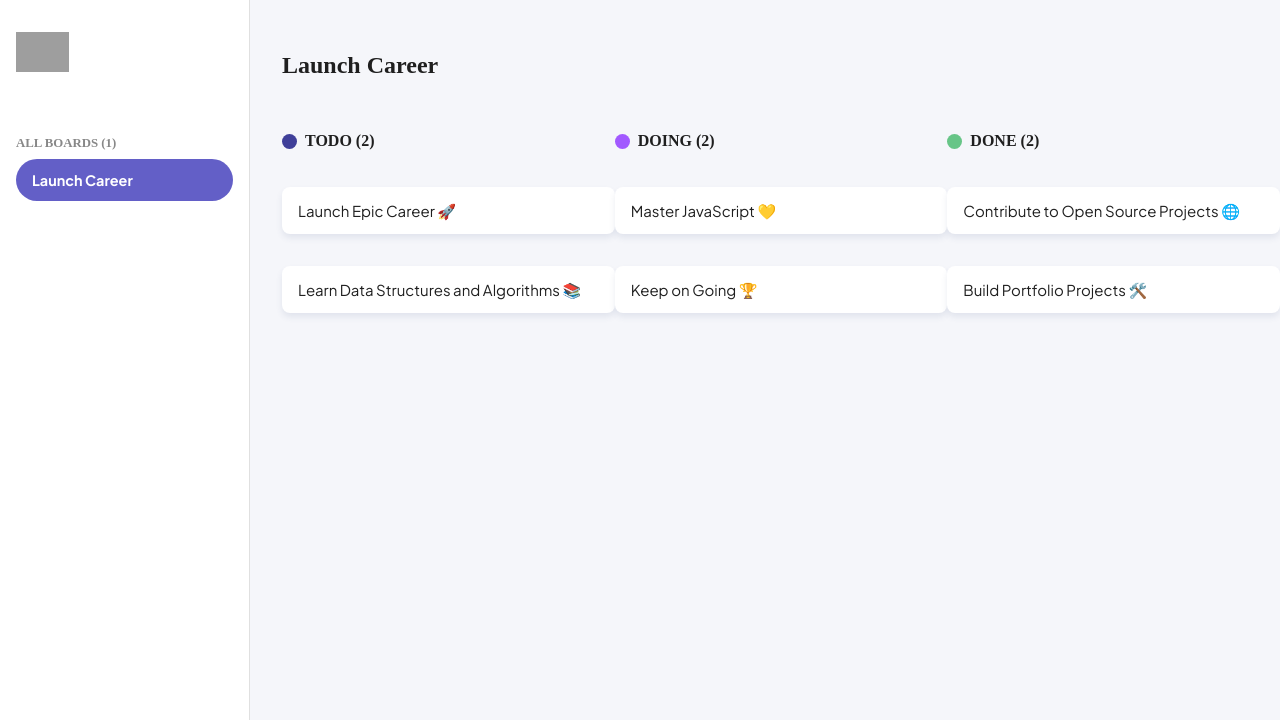
Repository: andajonas/ANDJON25111_fto2502_A2_Anda_Jonas_JSL01
Page: index.html
An editor plug-in stored every save of this project. The page is shown before and after a run of saves, followed by the edit.
The browser window is 1280 px wide. The pictures show the whole page.
Pictures or frames that could not be fetched are drawn as grey boxes.

Above is the page before, as saved 2025-04-25 18:30:04.

### index.html
<html lang="en">
  <head>
    <meta charset="UTF-8" />
    <meta name="viewport" content="width=device-width, initial-scale=1.0" />
    <title>Kanban Board</title>
    <link rel="stylesheet" href="style.css"/>
  </head>

  <body>
    <div class="kanban-container">
      <!-- Sidebar -->
      <nav class="sidebar">
        <div class="logo">
      <img src="assets/logo-light.svg" alt="Kanban logo">
        </div>
        <div class="board-list">
          <h4>ALL BOARDS (1)</h4>
          <button class="board-btn">Launch Career</button>
        </div>
      </nav>

      <!-- Main Board Section -->
      <div class="main-board">
        <header class="board-header">
          <h2 class="board-title">Launch Career</h2>
          <div class="=divider"></div>
        </header>

        <main class="columns">
          <!-- TO DO Column -->
          <div class="column">
            <div class="column-header">
              <span class="dot todo"></span>
              <h4>TODO (2)</h4>
            </div>
            <div class="card-container">
              <div class="card">Launch Epic Career 🚀</div>
              <div class="card">Learn Data Structures and Algorithms 📚</div>
            </div>
          </div>

          <!-- DOING Column -->
          <div class="column">
            <div class="column-header">
              <span class="dot doing"></span>
              <h4>DOING (2)</h4>
            </div>
            <div class="card-container">
              <div class="card">Master JavaScript 💛</div>
              <div class="card">Keep on Going 🏆</div>
            </div>
          </div>

          <!-- DONE Column -->
          <div class="column">
            <div class="column-header">
              <span class="dot done"></span>
              <h4>DONE (2)</h4>
            </div>
            <div class="card-container">
              <div class="card">Contribute to Open Source Projects 🌐</div>
              <div class="card">Build Portfolio Projects 🛠️</div>
            </div>
          </div>
        </main>
      </div>
    </div>
  </body>
</html>

### style.css
@import url('https://fonts.googleapis.com/css2?family=Plus+Jakarta+Sans:wght@400;700&display=swap');
/* Base Styles */
body {
    margin: 0;
    font-family: "inter" sans-serif;
    background-color: #f5f6fa;
    color: #1f1f1f;
  }

  .kanban-container {
    display: grid;
    grid-template-columns: 250px 1fr;
    height: 100vh;
  }

  /* Sidebar */
  .sidebar {
    background-color: white;
    padding: 2rem 1rem;
    border-right: 1px solid #e0e0e0;
  }

  .logo img {
    height: 40px;
    margin-bottom: 2rem;
  }

  .board-list h4 {
    font-size: 0.8rem;
    font-weight: 600;
    color: #888;
    margin: 2rem 0 0.5rem;
  }

  .board-btn {
    background-color: #635FC7;
    color: white !important;
    border: none;
    padding: 0.75rem 1rem;
    font-weight: 600;
    border-radius: 24px;
    cursor: pointer;
    text-align: left;
    width: 100%;
    font-family: 'Plus Jakarta Sans', sans-serif;
    font-size: 0.9rem;
    transition: background-color 0.2s ease;
  }

  .board-btn:hover {
    background-color: #847fda;
  }

  /* Main Content */
  .main-board {
    padding: 2rem;
    overflow-x: auto;
  }

  .board-title {
    font-size: 1.5rem;
    font-weight: 600;
    margin-bottom: 2rem;
  }

  /* Columns Layout */
  .columns {
    display: grid;
    grid-template-columns: repeat(3, 1fr);
    gap: 2rem;
  }

  /* Column */
  .column {
    display: flex;
    flex-direction: column;
  }

  /* Column Header */
  .column-header {
    display: flex;
    align-items: center;
    gap: 0.5rem;
    font-weight: 600;
    margin-bottom: 1rem;
  }

  .dot {
    width: 15px;
    height: 15px;
    border-radius: 50%;
  }

  .dot.todo {
    background-color: #3f3f99;
  }

  .dot.doing {
    background-color: #a259ff;
  }

  .dot.done {
    background-color: #67c587;
  }

  /* Cards */
  .card-container {
    display: flex;
    flex-direction: column;
    gap: 1rem;
  }

  .card {
    font-family: 'Plus Jakarta Sans', sans-serif;
    font-weight: 500; /* lighter weight */
    font-size: 15px;
    line-height: 1;
    padding: 1rem; /* Default for desktop */
    background-color: white;
    border-radius: 8px;
    box-shadow: 0px 4px 6px rgba(54, 78, 126, 0.1);
    margin-bottom: 1rem;
    width: 100%;
    max-width: 301px;
  }

  /* Mobile Responsive Styles */
@media (max-width: 768px) {
    .kanban-container {
      grid-template-columns: 1fr;
    }

    .sidebar {
      display: none; /* hide sidebar on mobile */
    }

    .main-board {
      padding: 1.5rem 1rem;
    }

    .columns {
      display: flex;
      flex-direction: column;
      gap: 2rem;
    }

    .column {
      background-color: #f0f2fa;
      padding: 1rem;
      border-radius: 10px;
    }

    .column-header h4 {
      font-size: 1rem;
    }

    .card {
        padding: 0.75rem; /* less padding = shorter cards */
        font-size: 14px; /* slightly smaller text */
        border-radius: 10px; /* rounder corners on mobile */
      }


    .board-title {
      text-align: left;
      font-size: 1.25rem;
      margin-bottom: 1.5rem;
    }
  }

After the next 2 saves:
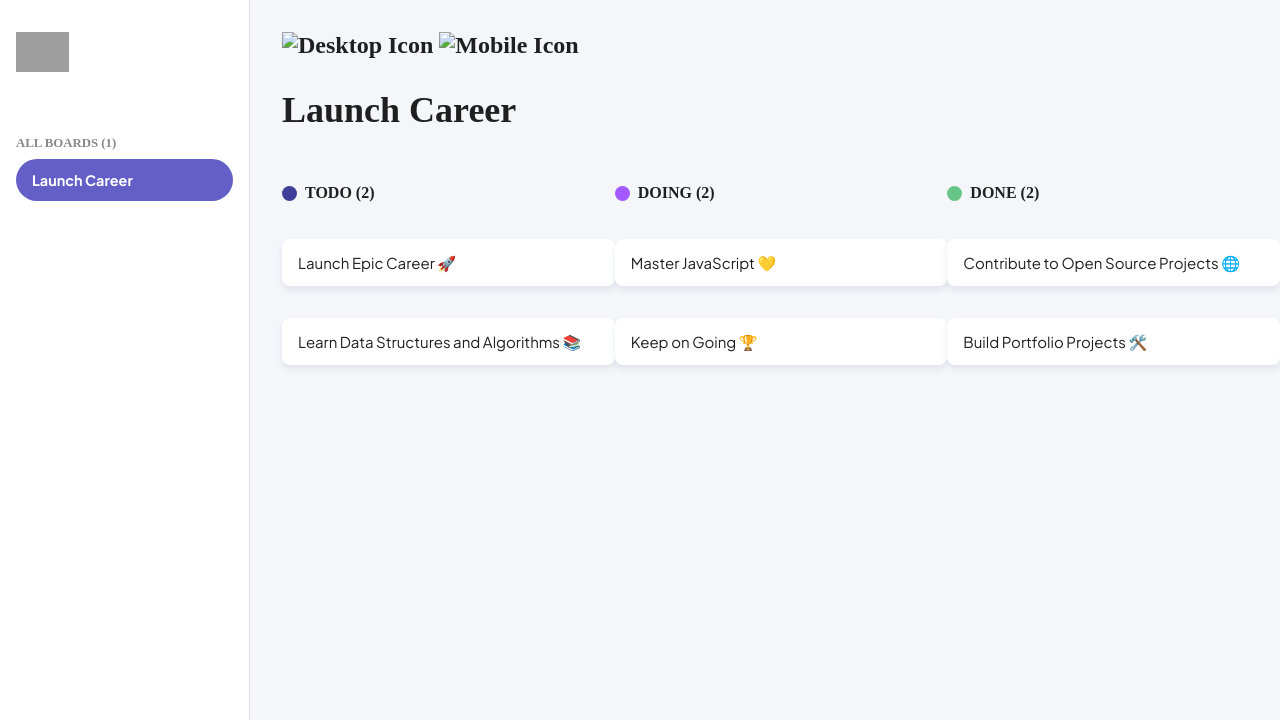
Not found: assets/icon-desktop.svg
Not found: assets/icon-mobile.svg
The 2 saves are shown as one change because they came seconds apart.
The last was saved 10 min 33 s later.
--- a/index.html
+++ b/index.html
@@ -22,9 +22,14 @@
       <!-- Main Board Section -->
       <div class="main-board">
         <header class="board-header">
-          <h2 class="board-title">Launch Career</h2>
-          <div class="=divider"></div>
+          <div class="board-title">
+            <img src="assets/icon-desktop.svg" alt="Desktop Icon" class="desktop-icon" />
+            <img src="assets/icon-mobile.svg" alt="Mobile Icon" class="mobile-icon" />
+            <h2>Launch Career</h2>
+          </div>
+          <div class="divider"></div>
         </header>
+
 
         <main class="columns">
           <!-- TO DO Column -->
